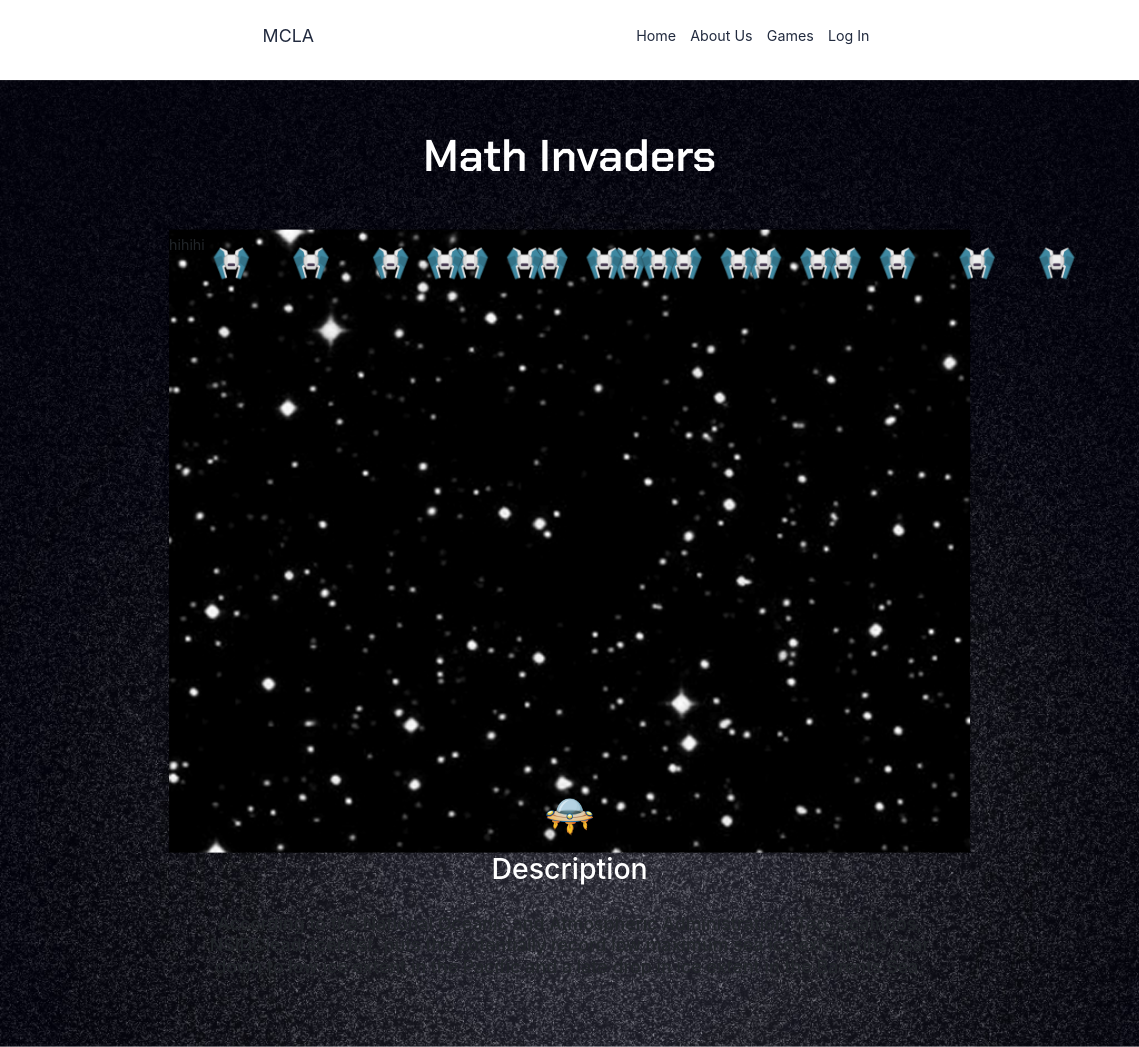
Repository: kkyler24/MathInvader
Page: index.html
The author's editor kept a copy of each file at every save. The page is drawn from the files as they stood at one save, then again after the next save.
The browser window is 1280 px wide. The pictures show the whole page, at 89% of full size.
Some web libraries are served in a nearby version.

Above is the page before, as saved 2020-07-20 15:16:13.

After the next save:
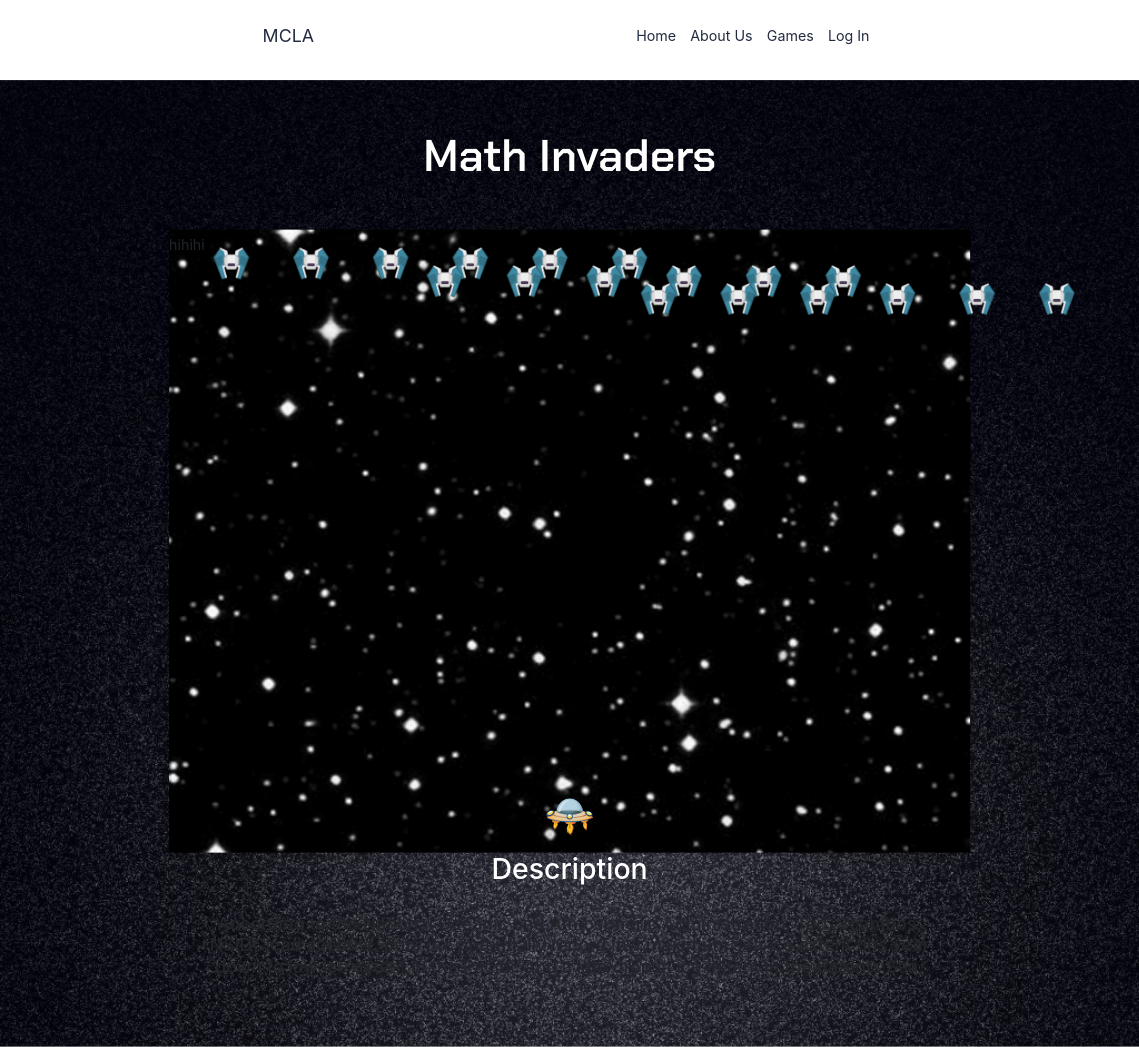
Saved 12 s later.
--- a/jsFolder/game.js
+++ b/jsFolder/game.js
@@ -16,7 +16,7 @@ const TOKENS_PER_ROW = 10;
 const ENEMIES_PER_ROW = 6;
 const ENEMY_HORIZONTAL_PADDING = 10;
 const ENEMY_VERTICAL_PADDING = 20;
-const ENEMY_VERTICAL_SPACING = 0;
+const ENEMY_VERTICAL_SPACING = 20;
 const ENEMY_COOLDOWN = 5.0;
 // contains entire state of game which included position of player, lasers and enemies on screen.
 const tokensArray = [
